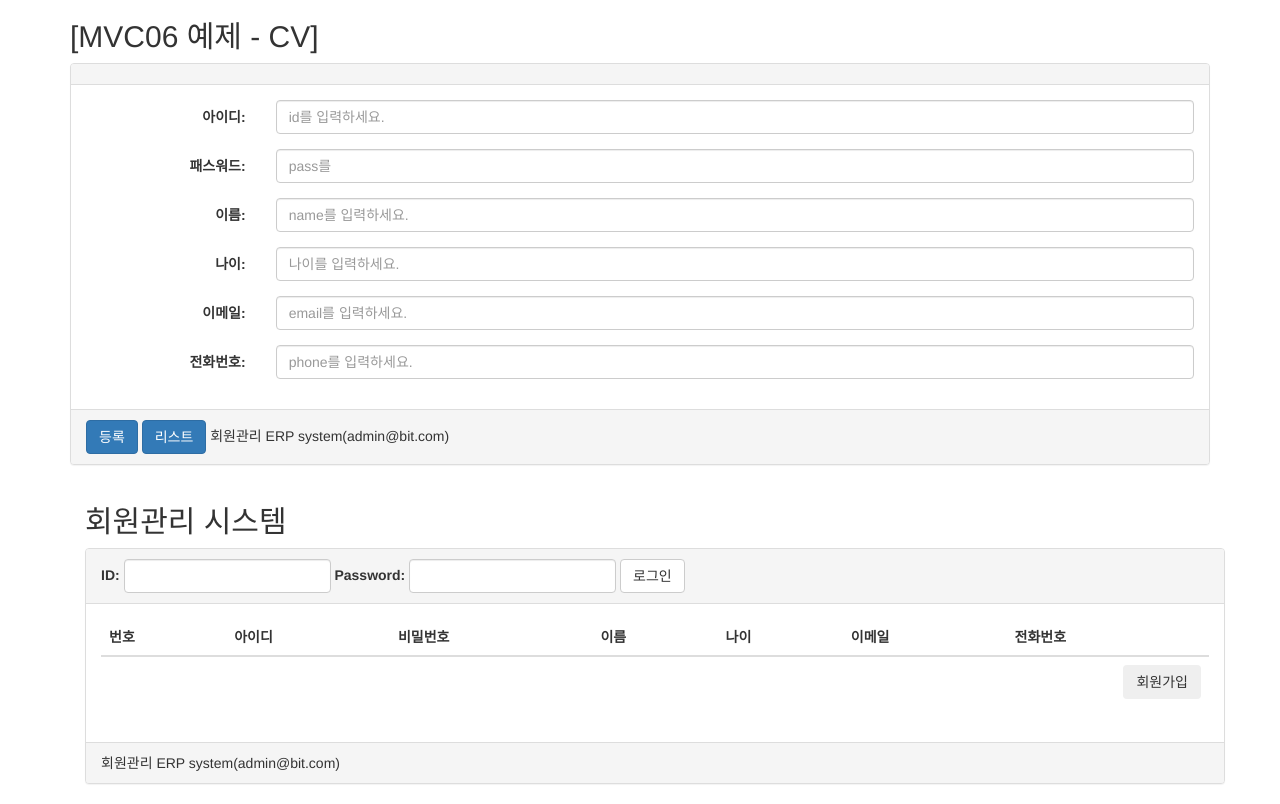
Repository: yhb131618/JAVA_WEB_PROJECT
Page: http://localhost/MVC06/WEB-INF/member/memberlist.jsp
These files come from the project's save history. The page is drawn as it stood at one moment and after the next save; the edit follows.
The browser window is 1280 px wide. The pictures show the whole page.
Some web libraries are served in a nearby version. The page is served by Tomcat 9. Nobody is signed in. Other server files are loaded and not shown. The template is opened directly, without the code that normally fills it, so the values that code supplies are empty.

Above is the page before, as saved 2023-12-27 06:05:19.

### MVC06/WebContent/WEB-INF/member/memberlist.jsp
<%@ page language="java" contentType="text/html; charset=UTF-8"
    pageEncoding="UTF-8"%>
<%@ page import="kr.bit.model.*" %>
<%@ page import="java.util.*" %>

<%

	ArrayList<MemberVO> list = (ArrayList<MemberVO>)request.getAttribute("list");
%>
<%@taglib prefix="c" uri="http://java.sun.com/jsp/jstl/core" %>
<c:set var="ctx" value="${pageContext.request.contextPath}"/>

<!DOCTYPE html>
<html>
<head>
<meta charset="UTF-8">
<meta name="viewport" content="width=device-width, initial-scale=1">
<link rel="stylesheet" href="https://maxcdn.bootstrapcdn.com/bootstrap/3.4.1/css/bootstrap.min.css">
<script src="https://code.jquery.com/jquery-3.2.1.min.js"></script>
<script src="https://ajax.googleapis.com/ajax/libs/jquery/3.7.1/jquery.min.js"></script>
<script src="https://maxcdn.bootstrapcdn.com/bootstrap/3.4.1/js/bootstrap.min.js"></script>
<script type="text/javascript">
	$(document).ready(function(){
		<c:if test="${!empty msg}">
			alter("${msg}");
			<c:remove var="msg" scope="session"/>
		</c:if>
	});

	function deleteFn(num){
		location.href="${ctx}/memberDelete.do?num="+num;
	}
	function check(){
		if($('#user_id').val()== ''){
			alert("아이디를 입력하세요");
			return false;
		}
		if($('#password').val()== ''){
			alert("비밀번호를 입력하세요");
			return false;
		}

	return true;
	}
	function logout(){
		//System.out.println("logout");
		location.href="<c:url value='/memberLogout.do'/>";
	}
</script>
<title>Insert title here</title>
</head>
<body>

<div class="container">
  <h2>[MVC06 예제 - CV]</h2>
  <div class="panel panel-default">
    <div class="panel-heading">
    <c:if test="${sessionScope.userId!=null && sessionScope.userId!='' }">
    	<label>${sessionScope.userName}님이 로그인 하셨습니다.</label>
    </c:if>
    <c:if test="${sessionScope.userId==null && sessionScope.userId=='' }">
    	<label>${sessionScope.userName}안녕하세요.</label>
    </c:if>
   	</div>
    <div class="panel-body">

		<form id= "form1" class="form-horizontal" action="" method="post">
		  <div class="form-group">
		    <label class="control-label col-sm-2" for="id">아이디:</label>
		    <div class="col-sm-10">
		      <input type="text" class="form-control" id="id" name="id" placeholder="id를 입력하세요.">
		    </div>
		  </div>
		  <div class="form-group">
		    <label class="control-label col-sm-2" for="pass">패스워드:</label>
		    <div class="col-sm-10">
		      <input type="password" class="form-control" id="pass" name="pass" placeholder=pass를 입력하세요.">
		    </div>
		  </div>
		  <div class="form-group">
		    <label class="control-label col-sm-2" for="name">이름:</label>
		    <div class="col-sm-10">
		      <input type="text" class="form-control" id="name" name="name" placeholder="name를 입력하세요.">
		    </div>
		  </div>
		  <div class="form-group">
		    <label class="control-label col-sm-2" for="age">나이:</label>
		    <div class="col-sm-10">
		      <input type="text" class="form-control" id="age" name="age" placeholder="나이를 입력하세요.">
		    </div>
		  </div>
  		  <div class="form-group">
		    <label class="control-label col-sm-2" for="email">이메일:</label>
		    <div class="col-sm-10">
		      <input type="text" class="form-control" id="email" name="email" placeholder="email를 입력하세요.">
		    </div>
		  </div>
  		  <div class="form-group">
		    <label class="control-label col-sm-2" for="phone">전화번호:</label>
		    <div class="col-sm-10">
		      <input type="text" class="form-control" id="phone" name="phone" placeholder="phone를 입력하세요.">
		    </div>
		   </div>


		</form>


	</div>
  <div class="panel-footer">
  	<input type="button" value="등록" class='btn btn-primary' onclick= "formreset()"/>
  	<input type="button" value="리스트" class='btn btn-primary' onclick="location.href='${ctx}/memberlist.do'"/>
  	회원관리 ERP system(admin@bit.com)
  </div>
 </div>


<div class ="container">
	<h2>회원관리 시스템</h2>
	<div class="panel panel-default">
		<div class="panel-heading">
		<c:if test="${sessionScope.userId == null || sessionScope.userId == ''}">

			<form class="form-inline" action="${ctx}/memberLogin.do" method="post">
			  <div class="form-group">
			    <label for="user_id">ID:</label>
			    <input type="text" class="form-control" id="user_id" name ="user_id">
			  </div>
			  <div class="form-group">
			    <label for="pwd">Password:</label>
			    <input type="password" class="form-control" id="password" name ="password">
			  </div>
			  <button type="submit" class="btn btn-default" onclick="return check()">로그인</button>
			</form>
		</c:if>


		<c:if test="${sessionScope.userId != null && sessionScope.userId != ''}">
			${sessionScope.userName}님 환영합니다.
			<button type="button" class="btn btn-warnging" onclick="logout()">로그아웃</button>
	    </c:if>

		</div>
		<div class="panel-body">
			<div class="table-responsive">
			  <table class="table table-hover">
			    <thead>
					<tr>
						<th>번호</th>
						<th>아이디</th>
						<th>비밀번호</th>
						<th>이름</th>
						<th>나이</th>
						<th>이메일</th>
						<th>전화번호</th>
					</tr>
			    </thead>
			    <tbody>
					<c:forEach var="vo" items="${list}">
							<tr>
								<td>${vo.num}</td>
								<td><a href="${ctx}/memberContent.do?num=${vo.num}">${vo.id}</a></td>
								<td>${vo.pass}</td>
								<td>${vo.name}</td>
								<td>${vo.age}</td>
								<td>${vo.email}</td>
								<td>${vo.phone}</td>

								<c:if test="${sessionScope.userId==vo.id}">
									<td><input type="button" value="삭제" class="btn btn-Warning" onclick="deleteFn(${vo.num})"></td>
								</c:if>
								<c:if test="${sessionScope.userId!=vo.id}">
									<td><input type="button" value="삭제" class="btn btn-Warning" onclick="deleteFn(${vo.num})" disabled="disabled"></td>
								</c:if>
							</tr>
					</c:forEach>
						<tr>
						<td colspan="8" align="right"><input type="button" value="회원가입" class="btn" onclick="location.href='${ctx}/memberRegister.do'"/></td>
						</tr>
			    </tbody>
			  </table>
			  </div>
			</div>
			  <div class="panel-footer">
			  	회원관리 ERP system(admin@bit.com)
			  </div>

		 </div>


</div>



</body>
</html>

After the next save:
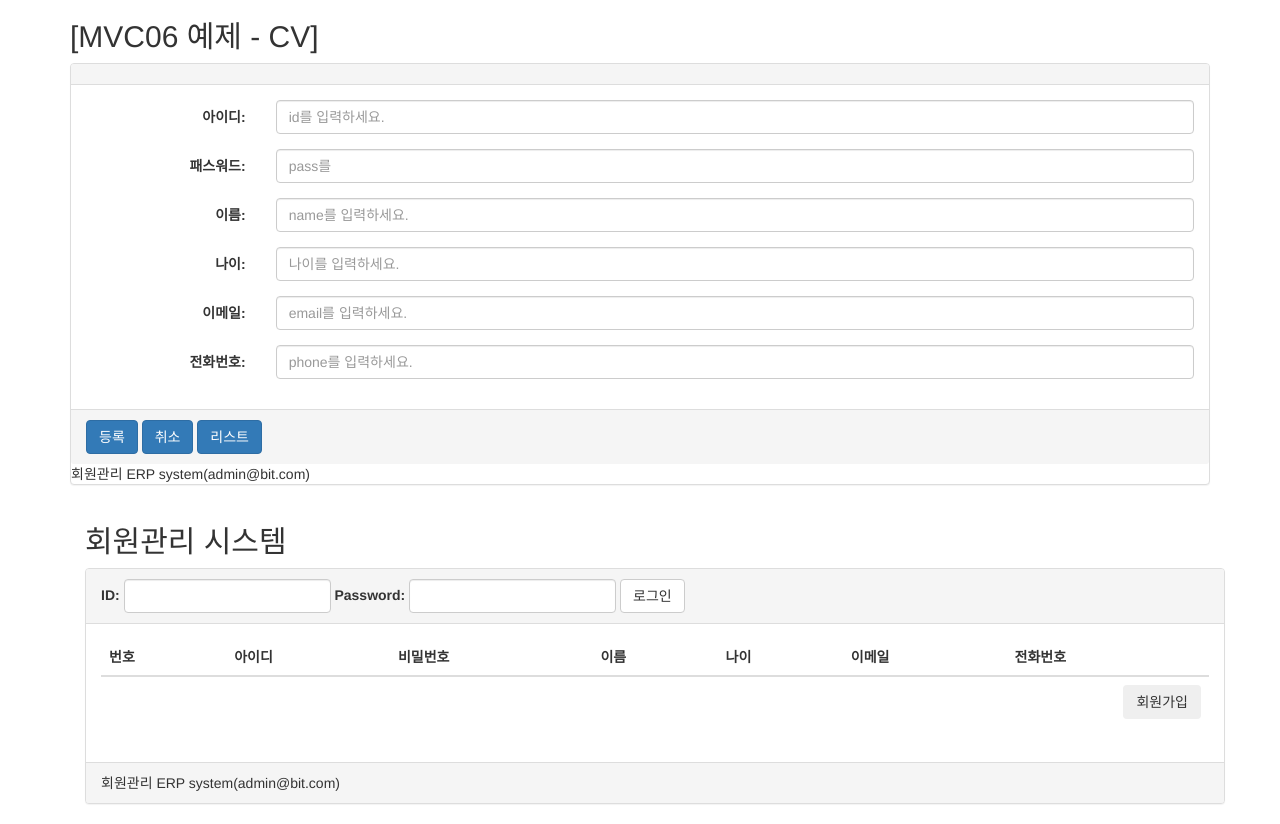
Saved 30 s later.
--- a/MVC06/WebContent/WEB-INF/member/memberlist.jsp
+++ b/MVC06/WebContent/WEB-INF/member/memberlist.jsp
@@ -109,9 +109,11 @@
 	</div>
   <div class="panel-footer">
   	<input type="button" value="등록" class='btn btn-primary' onclick= "formreset()"/>
+  	<input type="button" value="취소" class='btn btn-primary' onclick= "formreset()"/>
   	<input type="button" value="리스트" class='btn btn-primary' onclick="location.href='${ctx}/memberlist.do'"/>
+
+  </div>
   	회원관리 ERP system(admin@bit.com)
-  </div>
  </div>
 
 
